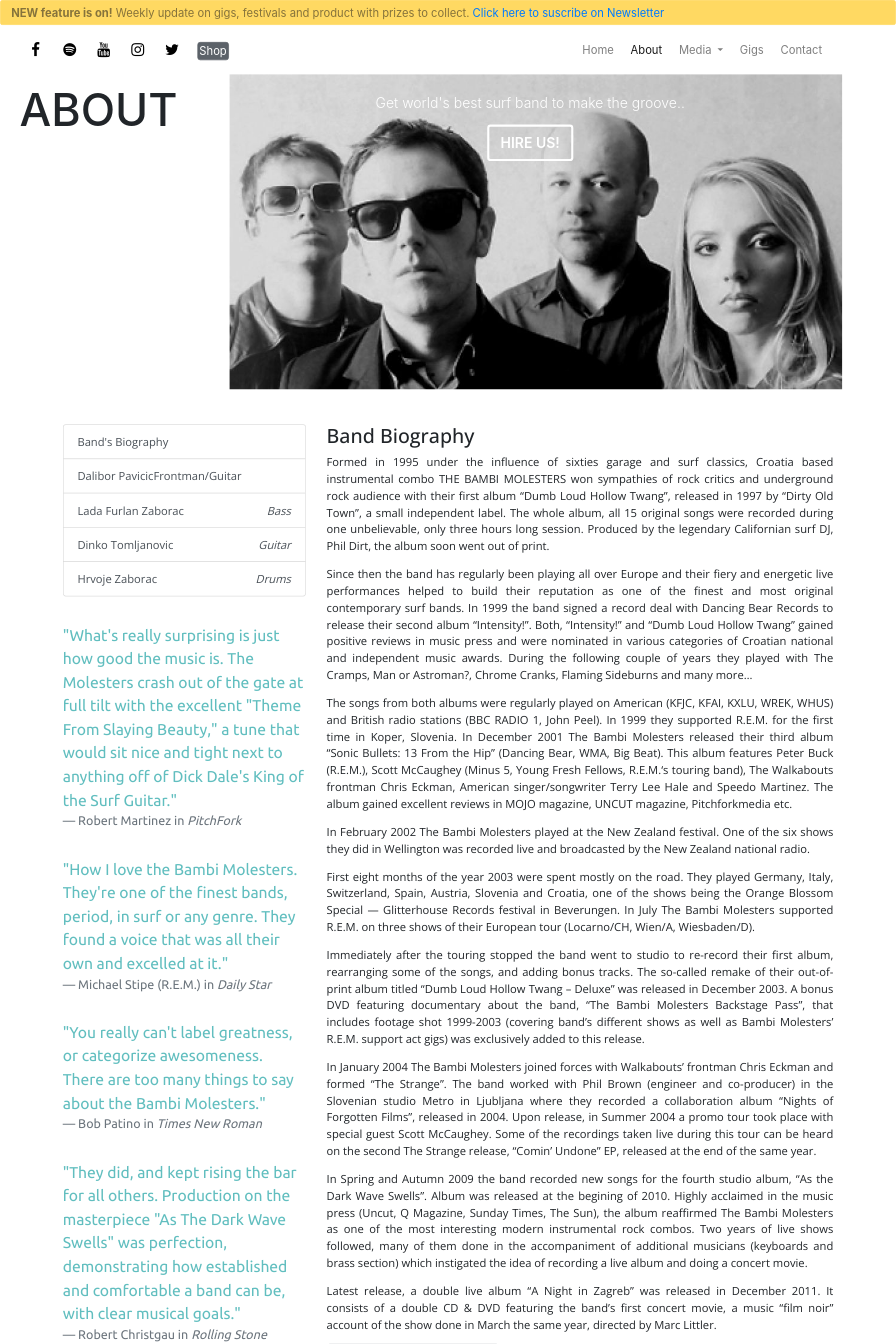
Repository: NamcorStudent/Stream_1_Project_HTML5-CSS3
Page: about.html
The author's editor kept a record of every edit. The page is drawn from the files as they stood at one moment, then again after the next edit.
The browser window is 1280 px wide. The pictures show the part of the page from y = 0 to 1920 px (the page is 3012 px tall), at 70% of full size.
Some web libraries are served in a nearby version.

Above is the page before.

### about.html
<!DOCTYPE html>
<html lang="en">

<head>
    <meta charset="UTF-8">
    <meta name="viewport" content="width=device-width, initial-scale=1.0">
    <meta http-equiv="X-UA-Compatible" content="ie=edge">
    <link rel="stylesheet" href="https://maxcdn.bootstrapcdn.com/bootstrap/4.2.1/css/bootstrap.min.css" type="text/css" />
    <link rel="stylesheet" href="https://maxcdn.bootstrapcdn.com/font-awesome/4.7.0/css/font-awesome.min.css" type="text/css" />
    <link rel="stylesheet" href="assets/css/style.css" type="text/css" />
    <title>The Bambi Molesters | Official</title>
</head>

<body>
    <!--Alert for subscription-->
    <div class="container-fluid alert-container">
        <div class="row d-none d-sm-block no-gutters">
            <div class="col-12">
                <div class="alert alert-warning">
                    <strong>NEW feature is on!</strong> Weekly update on gigs, festivals and product with prizes to collect. <a href="#" data-toggle="modal" data-target="#subscribeModal">Click here to suscribe on Newsletter</a>
                </div>
            </div>
        </div>
    </div>
    <!--Social & Nav-->
    <div class="container-fluid nav-wrapper">
        <nav class="navbar navbar-light navbar-expand-sm">
            <div class="social-links mr-auto">
                <ul class="list-inline social-links">
                    <li class="list-inline-item">
                        <a target="_blank" href="https://www.facebook.com/pages/category/Musician-Band/The-Bambi-Molesters-10150106968535328/">
                            <i class="fa fa-facebook" aria-hidden="true"></i>
                            <span class="sr-only">Facebook</span>
                        </a>
                    </li>
                    <li class="list-inline-item">
                        <a target="_blank" href="https://open.spotify.com/artist/1dRGueaS4tR1zmizinwXbx">
                            <i class="fa fa-spotify" aria-hidden="true"></i>
                            <span class="sr-only">Spotify</span>
                        </a>
                    </li>
                    <li class="list-inline-item">
                        <a target="_blank" href="https://www.youtube.com/user/bambimolesters">
                            <i class="fa fa-youtube" aria-hidden="true"></i>
                            <span class="sr-only">YouTube</span>
                        </a>
                    </li>
                    <li class="list-inline-item">
                        <a target="_blank" href="https://www.instagram.com/explore/tags/bambimolesters/">
                            <i class="fa fa-instagram" aria-hidden="true"></i>
                            <span class="sr-only">Instagram</span>
                        </a>
                    </li>
                    <li class="list-inline-item">
                        <a target="_blank" href="https://twitter.com/bambimolesters?lang=en">
                            <i class="fa fa-twitter" aria-hidden="true"></i>
                            <span class="sr-only">Twitter</span>
                        </a>
                    </li>
                    <li class="list-inline-item">
                        <a target="_blank" href="https://www.discogs.com/artist/342698-The-Bambi-Molesters">
                            <button class="btn btn-dark" aria-hidden="true">Shop</button>
                            <span class="sr-only">Shop</span>
                        </a>
                    </li>
                </ul>
            </div>
            <!-- Collaps Nav-Same container as nav-->

            <button class="navbar-toggler" type="button" data-toggle="collapse" data-target="#navbarTogglerDropdown" aria-controls="navbarTogglerDemo02" aria-expanded="false" aria-label="Toggle navigation">
            <span class="navbar-toggler-icon"></span>
            </button>
            <div class="collapse navbar-collapse" id="navbarTogglerDropdown">
                <ul class="navbar-nav ml-auto">
                    <li class="nav-item mr-2"><a class="nav-link" href="index.html">Home</a></li>
                    <li class="active nav-item mr-2"><a class="nav-link" href="about.html">About</a></li>
                    <li class="nav-item dropdown mr-2">
                        <a class="nav-link dropdown-toggle" href="#" id="navbarDropdownMenuLink" role="button" data-toggle="dropdown" aria-haspopup="true" aria-expanded="false">
                          Media
                        </a>
                        <div class="dropdown-menu" aria-labelledby="navbarDropdownMenuLink">
                            <a class="dropdown-item" href="video.html">Video</a>
                            <a class="dropdown-item" href="music.html">Music</a>
                            <a class="dropdown-item" href="gallery.html">Gallery</a>
                        </div>
                    </li>
                    <li class="nav-item mr-2"><a class="nav-link" href="gigs.html">Gigs</a></li>
                    <li class="nav-item mr-2"><a class="nav-link" href="contact.html">Contact</a></li>
                    <li class="nav-item mr-2 d-block d-sm-none"><a class="nav-link btn btn-success" href="#" data-toggle="modal" data-target="#subscribeModal">Click to suscribe on Newsletter!!!</a></li>
                </ul>
            </div>
        </nav>
    </div>
    <!-- Callout & BG Image-->
    <div class="container-fluid callout-container">
        <div class="row">
            <div class="col-3 page-title">
                <h1><span>About</span></h1>
            </div>
            <div class="col-12 hero-image">
                <div class="row ">
                    <div class="col">
                        <div class="jumbotron text-center">
                            <h6 class="d-block d-sm-none">Special occasion comming up?</h6>
                            <p class="lead d-none d-sm-block">Get world's best surf band to make the groove..</p>
                            <p><button class="btn btn-lg btn-success btn-cta" data-toggle="modal" data-target="#signUpModal">Hire us!</button></p>
                        </div>
                    </div>
                </div>
                <a href="index.html"><img src="assets/images/about1024x814.jpg"></img></a>
            </div>
        </div>
    </div>


    <!--Content unique to the page-->
    <div class="conteiner-fluid page-content-container">
        <div class="row">
            <div class="col-sm-4" id="band-selection">
                <div class="list-group band-memebers">
                    <a href="#written-biography" class="list-group-item list-group-item-action">
                           Band's Biography</a>
                    <a href="#dalibor" class="list-group-item list-group-item-action">
                           Dalibor Pavicic<span>Frontman/Guitar</i></a>
                    <a href="#lada" class="list-group-item list-group-item-action">
                           Lada Furlan Zaborac<i>Bass</i></a>
                    <a href="#dinko" class="list-group-item list-group-item-action">
                           Dinko Tomljanovic<i>Guitar</i></a>
                    <a href="#hrvoje" class="list-group-item list-group-item-action">
                           Hrvoje Zaborac<i>Drums</i></a>
                </div>
                <div class="row quotes">
                    <div class="col">
                        <blockquote class="blockquote">
                            <p class="mb-0">"What's really surprising is just how good the music is. The Molesters crash out of the gate at full tilt with the excellent "Theme From Slaying Beauty," a tune that would sit nice and tight next to anything off of Dick Dale's
                                King of the Surf Guitar."</p>
                            <footer class="blockquote-footer">Robert Martinez in <cite title="Source Title">PitchFork</cite></footer>
                        </blockquote>
                        <blockquote class="blockquote">
                            <p class="mb-0">"How I love the Bambi Molesters. They're one of the finest bands, period, in surf or any genre. They found a voice that was all their own and excelled at it."</p>
                            <footer class="blockquote-footer">Michael Stipe (R.E.M.) in <cite title="Source Title">Daily Star</cite></footer>
                        </blockquote>
                        <blockquote class="blockquote d-none d-sm-block">
                            <p class="mb-0">"You really can't label greatness, or categorize awesomeness. There are too many things to say about the Bambi Molesters."</p>
                            <footer class="blockquote-footer">Bob Patino in <cite title="Source Title">Times New Roman</cite></footer>
                        </blockquote>
                        <blockquote class="blockquote d-none d-sm-block">
                            <p class="mb-0">"They did, and kept rising the bar for all others. Production on the masterpiece "As The Dark Wave Swells" was perfection, demonstrating how established and comfortable a band can be, with clear musical goals."</p>
                            <footer class="blockquote-footer">Robert Christgau in <cite title="Source Title">Rolling Stone</cite></footer>
                        </blockquote>
                        <blockquote class="blockquote d-none d-sm-block">
                            <p class="mb-0">"Dalibor setting most of the tone with confidence, while Dinko flies around him like some obsessed raptor. Innovative use of twin guitar lines, where lead and rhythm intersect in ways never heard before, changing roles, creating
                                incredible rich textures by use of contrast and tasteful orchestration. "</p>
                            <footer class="blockquote-footer">Eamon Dunphy in <cite title="Source Title">The Washington Post</cite></footer>
                        </blockquote>
                        <blockquote class="blockquote d-none d-sm-block">
                            <p class="mb-0">"The Bambi Molesters were one of these bands that demonstrated to me how there was "something different" about European modern instrumental bands, where the melodic content was so memorable and not a rehash of early 60s licks,
                                riffs and phrases."</p>
                            <footer class="blockquote-footer">Anne Midgette in <cite title="Source Title">Der Spiegel</cite></footer>
                        </blockquote>

                    </div>
                </div>
            </div>
            <div class="col-sm-8 band-bio-container" id="band-bio">
                <h3 id="written-biography">Band Biography</h3>
                <p>Formed in 1995 under the influence of sixties garage and surf classics, Croatia based instrumental combo THE BAMBI MOLESTERS won sympathies of rock critics and underground rock audience with their first album “Dumb Loud Hollow Twang”,
                    released in 1997 by “Dirty Old Town”, a small independent label. The whole album, all 15 original songs were recorded during one unbelievable, only three hours long session. Produced by the legendary Californian surf DJ, Phil Dirt,
                    the album soon went out of print.</p>
                <p>Since then the band has regularly been playing all over Europe and their fiery and energetic live performances helped to build their reputation as one of the finest and most original contemporary surf bands. In 1999 the band signed a record
                    deal with Dancing Bear Records to release their second album “Intensity!”. Both, “Intensity!” and “Dumb Loud Hollow Twang” gained positive reviews in music press and were nominated in various categories of Croatian national and independent
                    music awards. During the following couple of years they played with The Cramps, Man or Astroman?, Chrome Cranks, Flaming Sideburns and many more…</p>
                <p>The songs from both albums were regularly played on American (KFJC, KFAI, KXLU, WREK, WHUS) and British radio stations (BBC RADIO 1, John Peel). In 1999 they supported R.E.M. for the first time in Koper, Slovenia. In December 2001 The
                    Bambi Molesters released their third album “Sonic Bullets: 13 From the Hip” (Dancing Bear, WMA, Big Beat). This album features Peter Buck (R.E.M.), Scott McCaughey (Minus 5, Young Fresh Fellows, R.E.M.‘s touring band), The Walkabouts
                    frontman Chris Eckman, American singer/songwriter Terry Lee Hale and Speedo Martinez. The album gained excellent reviews in MOJO magazine, UNCUT magazine, Pitchforkmedia etc.</p>
                <p>In February 2002 The Bambi Molesters played at the New Zealand festival. One of the six shows they did in Wellington was recorded live and broadcasted by the New Zealand national radio.</p>
                <p>First eight months of the year 2003 were spent mostly on the road. They played Germany, Italy, Switzerland, Spain, Austria, Slovenia and Croatia, one of the shows being the Orange Blossom Special — Glitterhouse Records festival in Beverungen.
                    In July The Bambi Molesters supported R.E.M. on three shows of their European tour (Locarno/CH, Wien/A, Wiesbaden/D).</p>
                <p>Immediately after the touring stopped the band went to studio to re-record their first album, rearranging some of the songs, and adding bonus tracks. The so-called remake of their out-of-print album titled “Dumb Loud Hollow Twang – Deluxe”
                    was released in December 2003. A bonus DVD featuring documentary about the band, “The Bambi Molesters Backstage Pass”, that includes footage shot 1999-2003 (covering band’s different shows as well as Bambi Molesters’ R.E.M. support
                    act gigs) was exclusively added to this release.</p>
                <p>In January 2004 The Bambi Molesters joined forces with Walkabouts’ frontman Chris Eckman and formed “The Strange”. The band worked with Phil Brown (engineer and co-producer) in the Slovenian studio Metro in Ljubljana where they recorded
                    a collaboration album “Nights of Forgotten Films”, released in 2004. Upon release, in Summer 2004 a promo tour took place with special guest Scott McCaughey. Some of the recordings taken live during this tour can be heard on the second
                    The Strange release, “Comin’ Undone” EP, released at the end of the same year.</p>
                <p>In Spring and Autumn 2009 the band recorded new songs for the fourth studio album, “As the Dark Wave Swells”. Album was released at the begining of 2010. Highly acclaimed in the music press (Uncut, Q Magazine, Sunday Times, The Sun), the
                    album reaffirmed The Bambi Molesters as one of the most interesting modern instrumental rock combos. Two years of live shows followed, many of them done in the accompaniment of additional musicians (keyboards and brass section) which
                    instigated the idea of recording a live album and doing a concert movie.</p>
                <p>Latest release, a double live album “A Night in Zagreb” was released in December 2011. It consists of a double CD & DVD featuring the band’s first concert movie, a music “film noir” account of the show done in March the same year, directed
                    by Marc Littler.</p>
                <a href="#band-selection" class="d-none d-sm-block"><button type="button" class="btn btn-outline-secondary">Return to the top of the page!</button></a>
                <a href="about.html" class="d-sm-none"><button type="button" class="btn btn-outline-secondary">Return to the top of the page!</button></a>
                <h3 id="dalibor">Dalibor Pavicic</h3>
                <p>Music attracts him from small feet. His mother was a chemical technician, and his father worked at the refinery laboratory. He encouraged him to play music for him and he was no match against the environment in which he lived, unlike most
                    domestic rockers, rather than just the opposite - a window into a more colorful life. "I played a drum I did not have in primary school, so I hit the probes in a large empty detergent box. Then there was a lack of detergent, so when
                    I entered the bus, the old people were jealous because they were interested in where I bought it - says Dalibor. He has gone through various music genres, eventually falling in love with the surf instrument he has met with guitarist
                    Dinko.
                </p>
                <a href="#band-selection" class="d-none d-sm-block"><button type="button" class="btn btn-outline-secondary">Return to the top of the page!</button></a>
                <a href="about.html" class="d-sm-none"><button type="button" class="btn btn-outline-secondary">Return to the top of the page!</button></a>
                <h3 id="lada">Lada Furlan Zaborac</h3>
                <p>She was born in 1976 in Sisak where she lives and works. She graduated from Literature and English in Zagreb, a musician and translator. She has performed Jack Kerouac, Neil Younga and Orwell Animal Farm, and is the music scene of the
                    The Bambi Molesters bassist group and (since 2004) The Strange group.</p>
                <a href="#band-selection" class="d-none d-sm-block"><button type="button" class="btn btn-outline-secondary">Return to the top of the page!</button></a>
                <a href="about.html" class="d-sm-none"><button type="button" class="btn btn-outline-secondary">Return to the top of the page!</button></a>
                <h3 id="dinko">Dinko Tomljanovic</h3>
                <p>"Dinko was my neighbor, who then played some African music on a guitar, and when I first heard him, I could not believe how good he was. We first started as a vocal band, but when people told us they were instrumental better, I quit singing.
                    I believe we were different from other bands because of that and that helped, "says Dalibor.</p>
                <a href="#band-selection" class="d-none d-sm-block"><button type="button" class="btn btn-outline-secondary">Return to the top of the page!</button></a>
                <a href="about.html" class="d-sm-none"><button type="button" class="btn btn-outline-secondary">Return to the top of the page!</button></a>
                <h3 id="hrvoje">Hrvoje Zaborac</h3>
                <p>We played without bass and drum. But since Sisak is a small town, my friend sent me to a super drummer and so we came to Hrvoje. Lada, his girlfriend who finished the music school, then played the piano. We wondered if he wanted to try
                    us on bass and that's how they came up with Bambies - says Dalibor, who named the band Bambi Molesters for a laugh.</p>
                <a href="#band-selection" class="d-none d-sm-block"><button type="button" class="btn btn-outline-secondary">Return to the top of the page!</button></a>
                <a href="about.html" class="d-sm-none"><button type="button" class="btn btn-outline-secondary">Return to the top of the page!</button></a>
            </div>
        </div>
    </div>

    <!---Modal for subscription-->
    <div class="modal" tabindex="-1" role="dialog" id="subscribeModal">
        <div class="modal-dialog" role="document">
            <div class="modal-content">
                <div class="modal-header">
                    <h5 class="modal-title">Subscribe to New TBM Newsletter!</h5>
                    <button type="button" class="close" data-dismiss="modal" aria-label="Close">
          <span aria-hidden="true">&times;</span>
        </button>
                </div>
                <div class="modal-body">
                    <p>Updates on gigs, prizes and uniquie band products;)</p>
                    <hr>
                    <form>
                        <div class="form-group">
                            <label for="InputEmail">Email address</label>
                            <input type="email" class="form-control" id="InputEmail" aria-describedby="emailHelp" placeholder="Enter email">
                            <small id="emailHelp" class="form-text text-muted">We'll never share your email with anyone else.</small>
                        </div>
                        <div class="form-group">
                            <label for="VerifyEmail">Verefy Email address</label>
                            <input type="email" class="form-control" id="VerifyEmail" aria-describedby="VerifyEmail" placeholder="Verify email">
                            <small id="emailHelp" class="form-text text-muted">You may un-suscribe at any moment. Details in Confiramtion Email.</small>
                        </div>
                        <button type="submit" class="btn btn-success">Subscribe</button>
                    </form>
                </div>
            </div>
        </div>
    </div>

    <script src="https://code.jquery.com/jquery-3.3.1.slim.min.js" integrity="sha384-q8i/X+965DzO0rT7abK41JStQIAqVgRVzpbzo5smXKp4YfRvH+8abtTE1Pi6jizo" crossorigin="anonymous"></script>
    <script src="https://cdnjs.cloudflare.com/ajax/libs/popper.js/1.14.7/umd/popper.min.js" integrity="sha384-UO2eT0CpHqdSJQ6hJty5KVphtPhzWj9WO1clHTMGa3JDZwrnQq4sF86dIHNDz0W1" crossorigin="anonymous"></script>
    <script src="https://stackpath.bootstrapcdn.com/bootstrap/4.3.1/js/bootstrap.min.js" integrity="sha384-JjSmVgyd0p3pXB1rRibZUAYoIIy6OrQ6VrjIEaFf/nJGzIxFDsf4x0xIM+B07jRM" crossorigin="anonymous"></script>
</body>

</html>

Loaded but not shown: assets/css/style.css (257 lines, source omitted)

After the next edit:
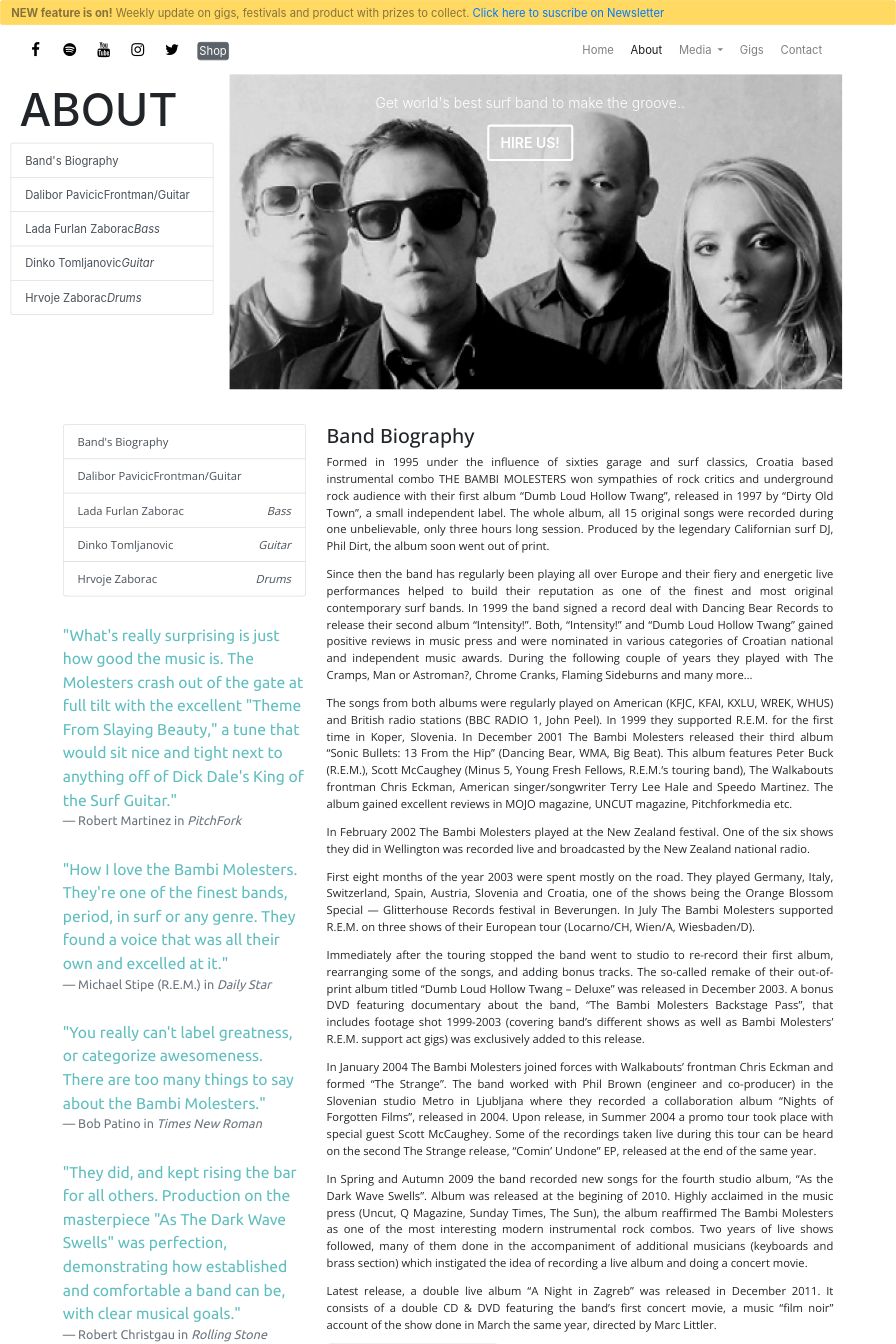
The edit:
--- a/about.html
+++ b/about.html
@@ -96,6 +96,18 @@
         <div class="row">
             <div class="col-3 page-title">
                 <h1><span>About</span></h1>
+                <div class="list-group band-memebers d-none d-sm-block">
+                    <a href="#written-biography" class="list-group-item list-group-item-action">
+                           Band's Biography</a>
+                    <a href="#dalibor" class="list-group-item list-group-item-action">
+                           Dalibor Pavicic<span>Frontman/Guitar</i></a>
+                    <a href="#lada" class="list-group-item list-group-item-action">
+                           Lada Furlan Zaborac<i>Bass</i></a>
+                    <a href="#dinko" class="list-group-item list-group-item-action">
+                           Dinko Tomljanovic<i>Guitar</i></a>
+                    <a href="#hrvoje" class="list-group-item list-group-item-action">
+                           Hrvoje Zaborac<i>Drums</i></a>
+                </div>
             </div>
             <div class="col-12 hero-image">
                 <div class="row ">
